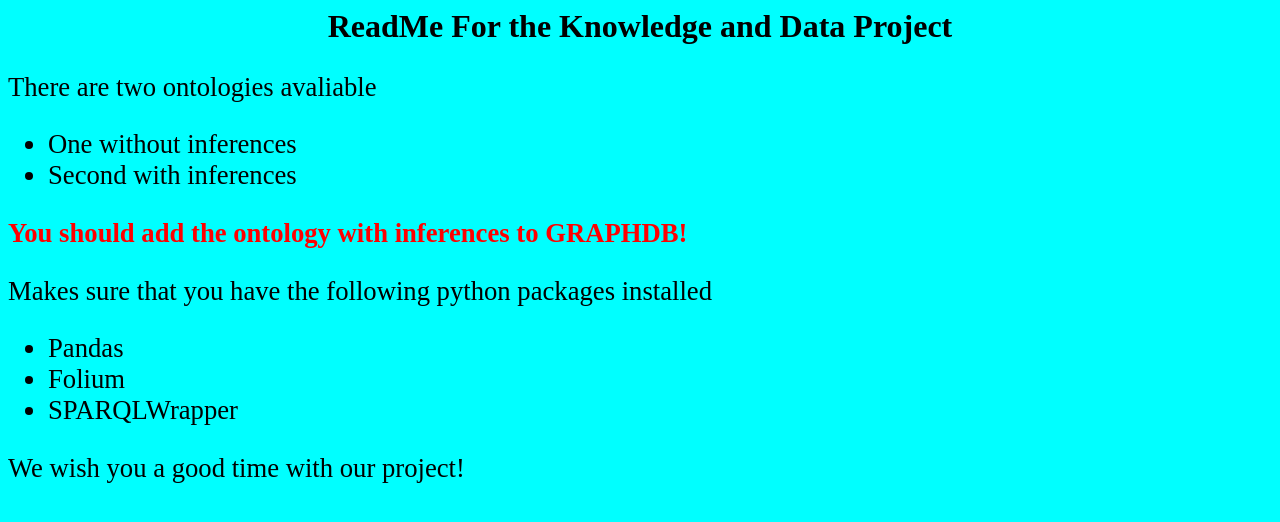
Repository: pawelpiwowarski/Knowledge_and_Data
Page: README.html
An editor plug-in stored every save of this project. The page is shown before and after the next save, followed by the edit.
The browser window is 1280 px wide. The pictures show the whole page.

Above is the page before, as saved 2022-10-27 22:09:52.

After the next save:
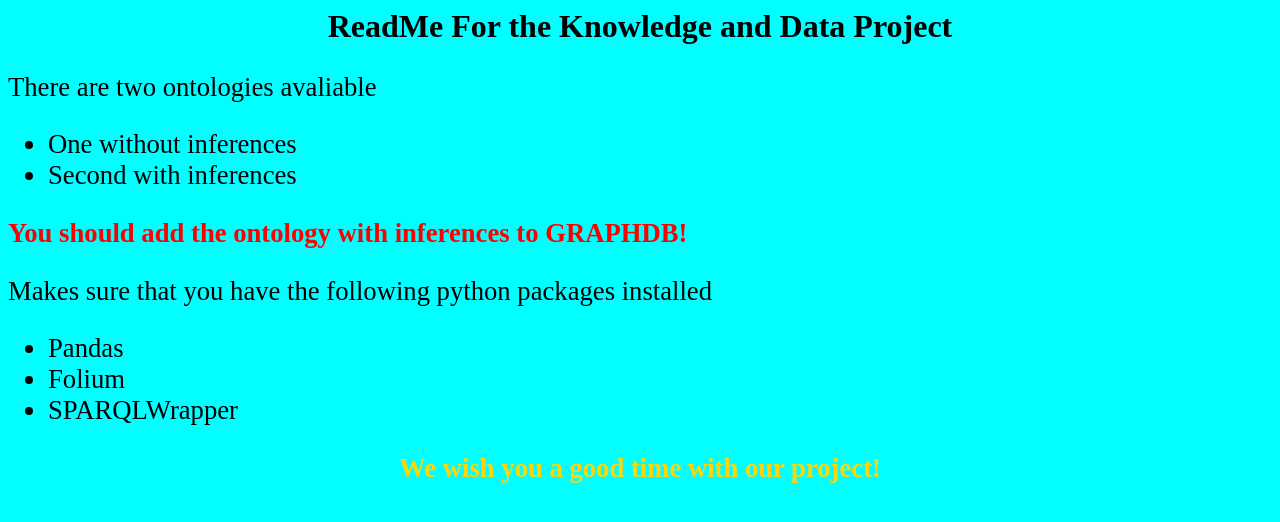
Saved 5 s later.
--- a/README.html
+++ b/README.html
@@ -58,6 +58,6 @@ SPARQLWrapper
 </li>
 </ul>
 
-<p id="whshes">  We wish you a good time with our project! </p>
+<p id="wishes">  We wish you a good time with our project! </p>
 </body>
 </html>
